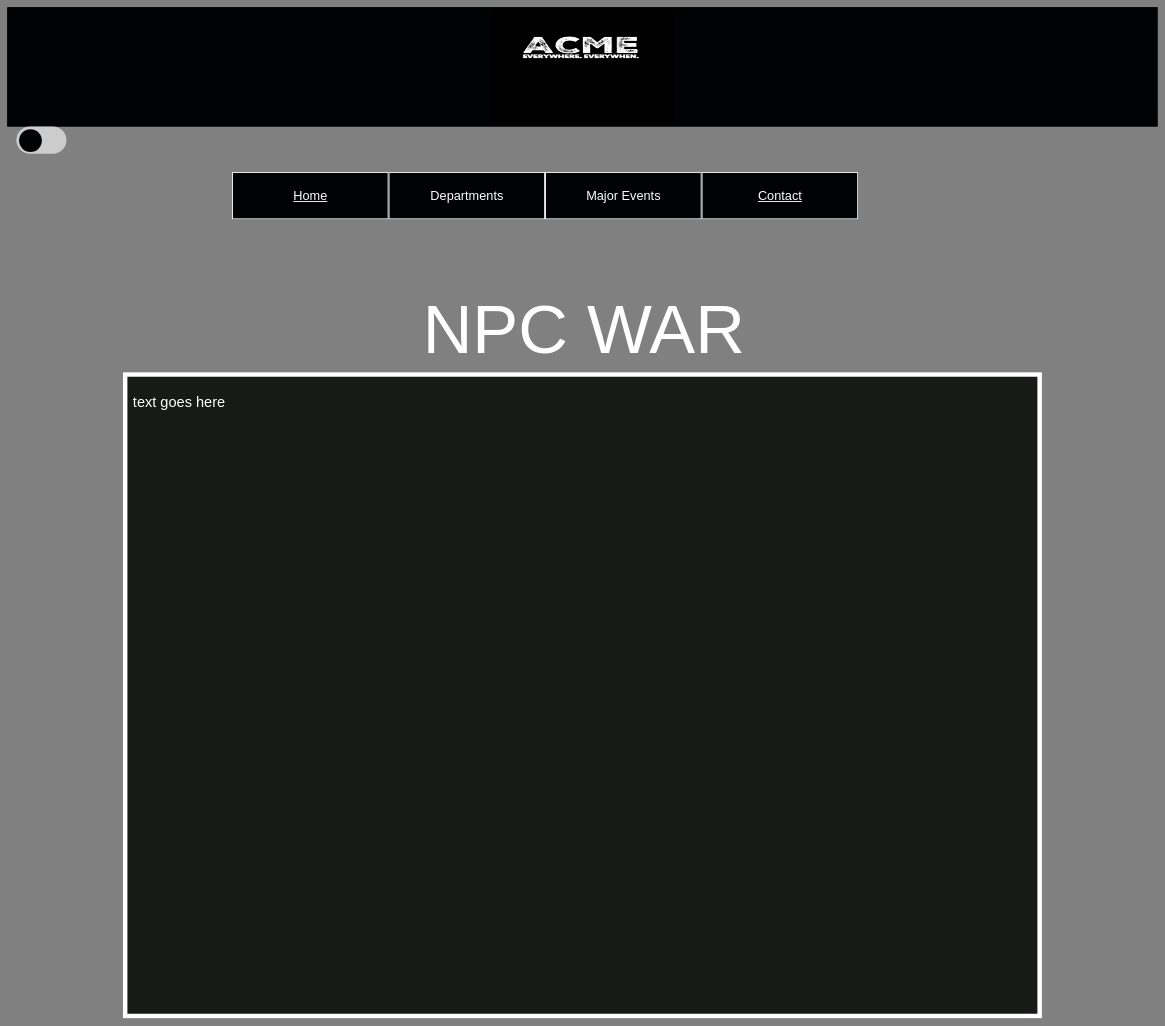
Repository: omega7379/omega7379.github.io
Page: npcWar.html
The author's editor kept a copy of each file at every save. The page is drawn from the files as they stood at one save, then again after a run of saves.
The browser window is 1280 px wide. The pictures show the whole page, at 91% of full size.

Above is the page before, as saved 2022-07-02 18:54:59.

### npcWar.html
<!--created by Josip Bailey
Created 020722, Last Update 020722-->
<!DOCTYPE html>
<!--meta data-->
<meta charset="UTF-8">
<meta http-equiv="X-UA-Compatible" content="IE=edge">
<meta name="viewport" content="width=device-width, initial-scale=1.0">

<html lang="en">
    <body class="background">
        <header>
            <head>
                <!--tab title-->
                <title>ACME TIKTOK</title>
                <link rel="icon" href="acmeanvil.png">

                <!--import css-->
                <link id = "theme" rel="stylesheet" type="text/css" href="acmeStyleGuideDark.css">

            </head>

            <div class="top">
                <img src="acmelogo.png" alt="Homescreen Logo" width="200" height="125">
            </div>

        </header>
        <!--main section-->
        <main>
            <!--create toggle button to adjust switch colour-scheme-->
            <span class="toggle">
                <label class="switch" onclick="toggleTheme()">
                    <input type="checkbox">
                    <span class="slider"></span>
                </label>
            </span>

            <!--dropdown menu-->
            <div class="wrapper">
                <ul>
                    <li><a href="home.html">Home</a></li>
                    <li>Departments
                        <ul>
                            <li>Support
                                <ul>
                                    <li><a href="villianSupport.html">Villian Support</a></li>
                                    <li><a href="heroSupport.html">Hero Support</a></li>
                                    <li><a href="sidekickSupport.html">Sidekick Support</a></li>
                                    <li><a href="antiheroSupport.html">Antihero Support</a></li>
                                    <li><a href="memberSolutions.html">Member Solutions</a></li>
                                    <li><a href="itSupport.html">IT Support</a></li>
                                </ul>
                            </li>
                            <li>Corporate
                                <ul>
                                    <li><a href="corporate.html">Corporate</a></li>
                                    <li><a href="legal.html">Legal</a></li>
                                    <li><a href="collections.html">Collections</a></li>
                                    <li><a href="buildCrew.html">Build Crew</a></li>
                                    <li><a href="marketing.html">Marketing</a></li>
                                    <li><a href="communications.html">Communications</li>
                                    <li><a href="letters.html">Letters</a></li>
                                    <li><a href="humanResources.html">Human Resources</a></li>
                                    <li><a href="transportation.html">Transportation</a></li>
                                    <li><a href="publicRelations.html">Public Relations</a></li>
                                    <li><a href="evidenceDisposal.html">Evidence Disposal</a></li>
                                </ul>
                            </li>
                        </ul>
                    </li>
                    <li>Major Events
                        <ul>
                            <li><a href="borg.html">Borg Attack</a></li>
                            <li><a href="ork.html">Ork Invasion</a></li>
                            <li><a href="councilWar.html">Council War</a></li>
                            <li><a href="timeKeepers.html">Time Keepers</a></li>
                            <li><a href="TerryEscape.html">Terry's Escape</a></li>
                            <li><a href="hacked.html">The Hacker</a></li>
                            <li><a href="npcWar.html">NPC War</a></li>
                        </ul>
                    </li>
                    <li><a href="contact.html">Contact</a></li>
                </ul>
            </div>
        </br></br></br>
            <div class="title">
                <p>NPC WAR</p>
            </div>
            <!--main table holding the contents of the page-->
            <div class="contentTable">
                <table>
                    <tr><td>
                        <!--contents of page go here-->
                        <p>
                            text goes here
                        </p>
                    </tr></td>
                </table>
            </div>
        </main>
        <script type="text/javascript" src="acmejs.js"></script>
    </body>
</html>

### acmeStyleGuideDark.css
/*CSS webpage dark mode ACME, created by Josip Bailey
created 170122, last update 170622*/

/*header styling applying black to expand image without stretching*/
div.top {
    border: 1px solid #010203;
    background-color: #010203;
    text-align: center;
    align-content: center;
}
.title{
    font-size: 2cm;
    margin: auto;
    text-align: center;
    align-content: center;
}

/*start of the toggle button might delete*/
div.toggle{
    position: absolute;
    top: 50%;
    left:50%;
    transform: translate(-50%,-50%);
    text-align: left;
}
.switch{
    position: relative;
    display: inline-block;
    width: 55px;
    height: 30px;
    margin: 0 10px;

}
.slider{
    position: absolute;
    cursor: pointer;
    top: 0;
    left: 0;
    right: 0;
    bottom: 0;
    background-color: #ccc;
    transition: 0.4s;
    border-radius: 18px;
}
.switch input {display: none;}
.slider:before{
    position: absolute;
    content:"";
    height: 25px;
    width: 25px;
    left: 2.5px;
    bottom: 2.5px;
    background-color: #010203;
    transition: 0.4s;
    border-radius: 25px;
}
input:checked + .slider{
    background-color: #ccc;
}

input:checked + .slider:before{
    transform: translateX(25px);
}
/*end of button styling*/

/*background*/
.background{
    background-color: grey;
}

/*adjust text*/
p{
    margin-bottom: 4px;
    margin-left: 3px;
    font-family: Arial, Helvetica, sans-serif;
    color: white;
}
.chapter{
    margin-bottom: 8px;
    font-family: Arial, Helvetica, sans-serif;
    color: white;
    font-size: 1cm;
    text-align: center;
}

/*contentTable styling*/
.contentTable{
    border: 5px solid white;
    background-color: #181A18;
    max-width: 1000px;
    margin: auto;
    height: 700px;
    overflow: scroll;
}
.contentTablePDF{
    border: 5px solid white;
    /*background-color: #181A18;*/
    max-width: 1000px;
    margin: auto;
    height: 700px;
}
::-webkit-scrollbar{
    width: 12px;
    height: 12px;
}
::-webkit-scrollbar-thumb {
    background: white;
    border-radius: 10px;
}
::-webkit-scrollbar-thumb:hover {
    background: crimson;
}

/*drop down menu*/
.wrapper{
    width: 850px;
    margin: auto;
}
.wrapper ul{
    list-style: none;
    margin-top: 5px;
}
.wrapper ul li{
    background: #010203;
    width: 170px;
    border: 1px solid white;
    height: 50px;
    line-height: 50px;
    text-align: center;
    float: left;
    color: white;
    font-size: 14px;
    position: relative;
    font-family: Arial, Helvetica, sans-serif;
}
.wrapper ul ul{
    display: none;
}
.wrapper ul li:hover{
    background: crimson;
}
/*not broken, just a FEATURE*/
.wrapper ul li:hover > ul{/*messing with padding here to increase mouse accuracy and drop alignment*/
    display: block;
    margin: 0 0 -10em -2em;
    padding: 0 0 -2em 2em;
    z-index: 1;
    position: relative;
}
.wrapper ul ul ul{
    margin-left: 136px;
    top: 0;
    position: absolute;
}
/*adjust hyperlink colours*/
a:link{
    color: white;
}
a:visited{
    color: white;
}
a:hover{
    color: black;
}

### acmejs.js
/*enable switch for css pages-->*/
/*function toggleTheme(){
    var theme = document.getElementsByTagName('link')[0];
    if (theme.getAttribute('href') == 'acmeStyleGuideDark.css'){
        theme.setAttribute('href', 'acmeStyleGuideLight.css');
    }
    else {
        theme.setAttribute('href', 'acmeStyleGuideDark.css');
    }
}*/

function toggleTheme(){
    document.getElementsById('theme').href='acmeStyleGuideLight'
}

After the next 3 saves:
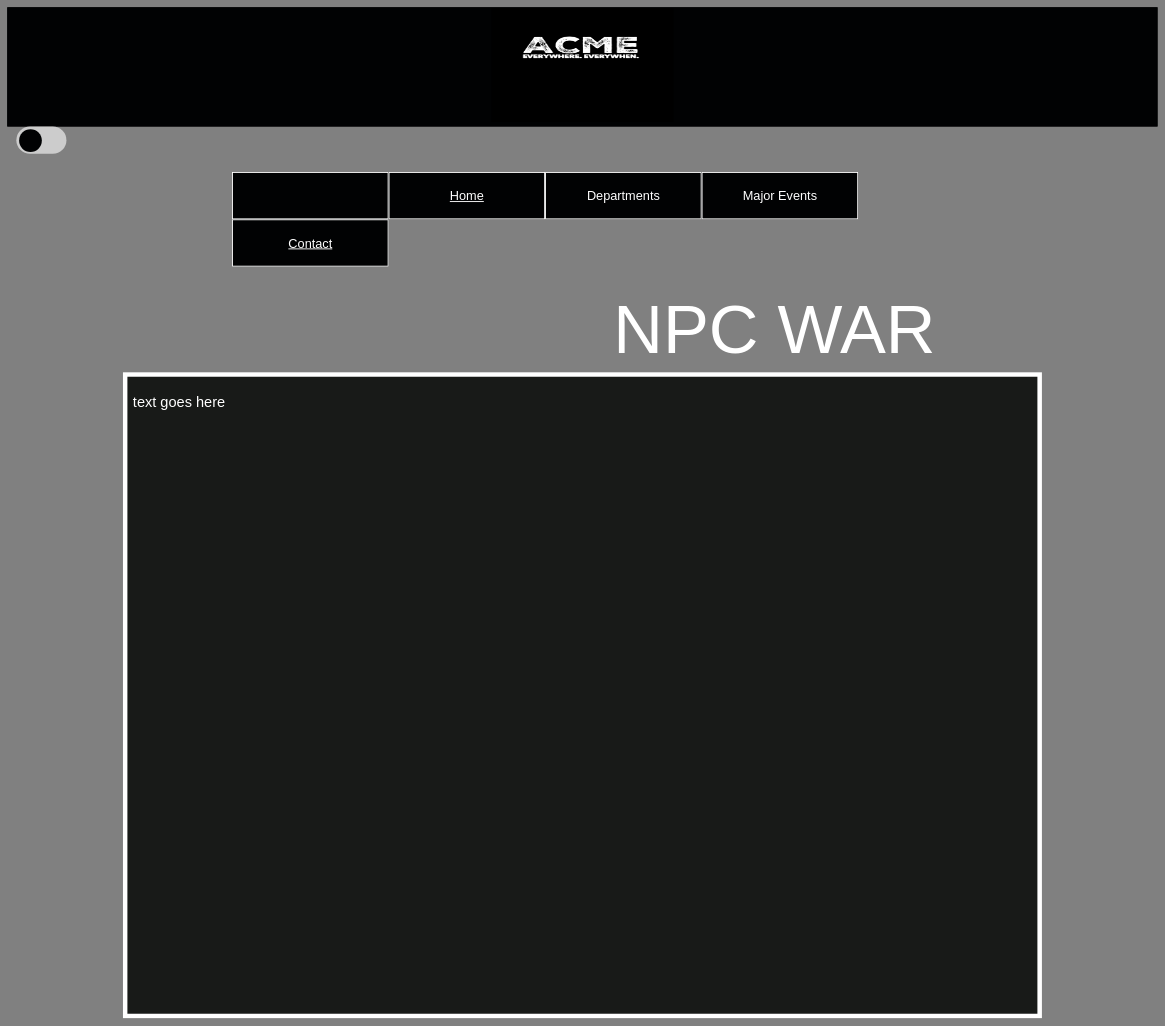
The 3 saves are shown as one change because they came seconds apart.
The last was saved 3 h 20 min later.
--- a/npcWar.html
+++ b/npcWar.html
@@ -36,7 +36,7 @@
 
             <!--dropdown menu-->
             <div class="wrapper">
-                <ul>
+                <ul><li></li>
                     <li><a href="home.html">Home</a></li>
                     <li>Departments
                         <ul>
